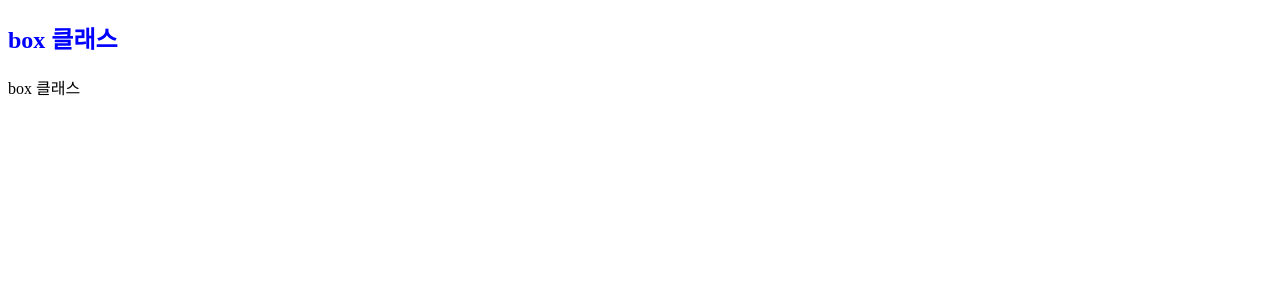
Repository: JeongminHW/Web_study
Page: HTML/myHTML/src/main/webapp/ch05/class3.html
These files come from the project's save history. The page is drawn as it stood at one moment and after the next save; the edit follows.
The browser window is 1280 px wide. The pictures show the whole page.

Above is the page before, as saved 2024-07-10 01:26:24.

After the next save:
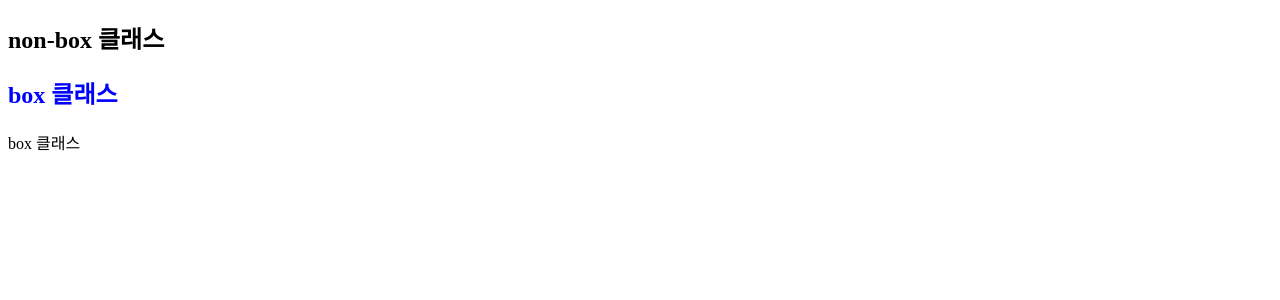
Saved 17 s later.
--- a/HTML/myHTML/src/main/webapp/ch05/class3.html
+++ b/HTML/myHTML/src/main/webapp/ch05/class3.html
@@ -9,6 +9,7 @@
 </head>
 <body>
 	<!-- 특정 태그내의 클래스만 스타일 적용 -->
+	<h2>non-box 클래스</h2>
 	<h2 class="blue">box 클래스</h2>
 	<p class="blue">box 클래스
 </body>
